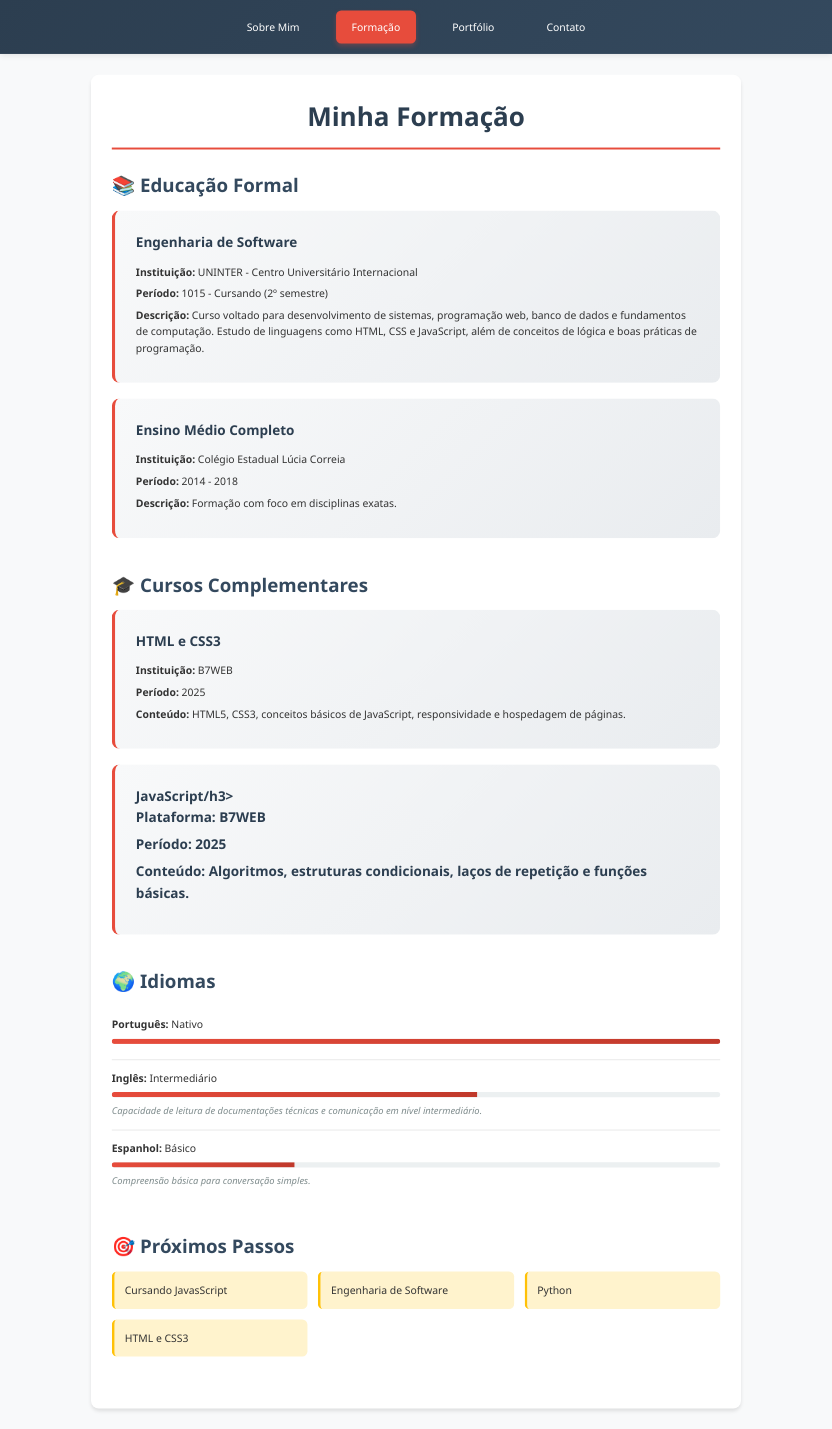
Repository: AnderHonorato/meu-portfolio
Page: formacao.html
An editor plug-in stored every save of this project. The page is shown before and after the next save, followed by the edit.
The browser window is 1280 px wide. The pictures show the whole page, at 65% of full size.

Above is the page before, as saved 2025-08-26 20:14:24.

### formacao.html
<!DOCTYPE html>
<html lang="pt-br">
<head>
    <meta charset="UTF-8">
    <meta name="viewport" content="width=device-width, initial-scale=1.0">
    <title>Formação - Ander</title>
    <link rel="stylesheet" href="css/style.css">
</head>
<body>
    <!-- MENU DE NAVEGAÇÃO PADRÃO -->
    <nav class="menu">
        <ul>
            <li><a href="index.html">Sobre Mim</a></li>
            <li><a href="formacao.html" class="ativo">Formação</a></li>
            <li><a href="portfolio.html">Portfólio</a></li>
            <li><a href="contato.html">Contato</a></li>
        </ul>
    </nav>

    <!-- CONTEÚDO DA PÁGINA DE FORMAÇÃO -->
    <main class="conteudo">
        <h1>Minha Formação</h1>

        <!-- EDUCAÇÃO FORMAL -->
        <div class="formacao-secao">
            <h2>📚 Educação Formal</h2>

            <div class="item-formacao">
                <h3>Engenharia de Software</h3>
                <p><strong>Instituição:</strong> UNINTER - Centro Universitário Internacional</p>
                <p><strong>Período:</strong> 1015 - Cursando (2º semestre)</p>
                <p><strong>Descrição:</strong> Curso voltado para desenvolvimento de sistemas, programação web, banco de dados e fundamentos de computação. Estudo de linguagens como HTML, CSS e JavaScript, além de conceitos de lógica e boas práticas de programação.</p>
            </div>

            <div class="item-formacao">
                <h3>Ensino Médio Completo</h3>
                <p><strong>Instituição:</strong> Colégio Estadual Lúcia Correia</p>
                <p><strong>Período:</strong> 2014 - 2018</p>
                <p><strong>Descrição:</strong> Formação com foco em disciplinas exatas.</p>
            </div>
        </div>

        <!-- CURSOS COMPLEMENTARES -->
        <div class="formacao-secao">
            <h2>🎓 Cursos Complementares</h2>

            <div class="item-formacao">
                <h3>HTML e CSS3</h3>
                <p><strong>Instituição:</strong> B7WEB</p>
                <p><strong>Período:</strong> 2025</p>
                <p><strong>Conteúdo:</strong> HTML5, CSS3, conceitos básicos de JavaScript, responsividade e hospedagem de páginas.</p>
            </div>

            <div class="item-formacao">
                <h3>JavaScript/h3>
                <p><strong>Plataforma:</strong> B7WEB</p>
                <p><strong>Período:</strong> 2025</p>
                <p><strong>Conteúdo:</strong> Algoritmos, estruturas condicionais, laços de repetição e funções básicas.</p>
            </div>
        </div>

        <!-- IDIOMAS -->
        <div class="formacao-secao">
            <h2>🌍 Idiomas</h2>

            <ul class="lista-idiomas">
                <li>
                    <strong>Português:</strong> Nativo
                    <div class="nivel-idioma">
                        <div class="barra-progresso">
                            <div class="progresso" style="width: 100%"></div>
                        </div>
                    </div>
                </li>

                <li>
                    <strong>Inglês:</strong> Intermediário
                    <div class="nivel-idioma">
                        <div class="barra-progresso">
                            <div class="progresso" style="width: 60%"></div>
                        </div>
                        <span class="descricao-nivel">Capacidade de leitura de documentações técnicas e comunicação em nível intermediário.</span>
                    </div>
                </li>

                <li>
                    <strong>Espanhol:</strong> Básico
                    <div class="nivel-idioma">
                        <div class="barra-progresso">
                            <div class="progresso" style="width: 30%"></div>
                        </div>
                        <span class="descricao-nivel">Compreensão básica para conversação simples.</span>
                    </div>
                </li>
            </ul>
        </div>

        <!-- PRÓXIMOS PASSOS -->
        <div class="formacao-secao">
            <h2>🎯 Próximos Passos</h2>
            <div class="proximos-estudos">
                <ul>
                    <li>Cursando JavasScript</li>
                    <li>Engenharia de Software</li>
                    <li>Python</li>
                    <li>HTML e CSS3</li>
                </ul>
            </div>
        </div>
    </main>
</body>
</html>

### css/style.css
/* Reset básico e configurações globais */
* {
    margin: 0;
    padding: 0;
    box-sizing: border-box;
}

/* Configurações do corpo da página */
body {
    font-family: 'Segoe UI', Tahoma, Geneva, Verdana, sans-serif;
    line-height: 1.6;
    color: #333;
    background-color: #f8f9fa;
}

/* Menu de navegação - SEMPRE VISÍVEL */
.menu {
    background: linear-gradient(135deg, #2c3e50, #34495e);
    padding: 1rem 0;
    position: sticky; /* Menu fica fixo no topo ao rolar */
    top: 0;
    z-index: 1000; /* Garante que fica por cima de outros elementos */
    box-shadow: 0 2px 10px rgba(0,0,0,0.1);
}

.menu ul {
    list-style: none;
    display: flex;
    justify-content: center;
    gap: 2rem;
    max-width: 1200px;
    margin: 0 auto;
    padding: 0 1rem;
}

.menu a {
    color: white;
    text-decoration: none;
    padding: 0.8rem 1.5rem;
    border-radius: 8px;
    transition: all 0.3s ease;
    display: block;
    font-weight: 500;
}

.menu a:hover {
    background-color: rgba(255, 255, 255, 0.1);
    transform: translateY(-2px);
}

.menu a.ativo {
    background-color: #e74c3c;
    box-shadow: 0 4px 8px rgba(231, 76, 60, 0.3);
}

/* Conteúdo principal */
.conteudo {
    max-width: 1000px;
    margin: 2rem auto;
    padding: 0 1rem;
    background-color: white;
    border-radius: 12px;
    box-shadow: 0 4px 6px rgba(0,0,0,0.1);
    padding: 2rem;
}

.conteudo h1 {
    color: #2c3e50;
    margin-bottom: 1.5rem;
    text-align: center;
    font-size: 2.5rem;
    border-bottom: 3px solid #e74c3c;
    padding-bottom: 1rem;
}

.conteudo h2 {
    color: #34495e;
    margin: 2rem 0 1rem 0;
    font-size: 1.8rem;
}

/* === ESTILOS PÁGINA SOBRE MIM === */
.sobre-container {
    display: grid;
    grid-template-columns: 250px 1fr;
    gap: 2rem;
    margin-top: 2rem;
}

.foto-perfil {
    text-align: center;
}

.placeholder-foto {
    width: 200px;
    height: 200px;
    border-radius: 50%;
    background: linear-gradient(135deg, #e74c3c, #c0392b);
    display: flex;
    align-items: center;
    justify-content: center;
    color: white;
    font-weight: bold;
    margin: 0 auto;
    box-shadow: 0 8px 16px rgba(231, 76, 60, 0.3);
}

.foto-perfil img {
    width: 200px;
    height: 200px;
    border-radius: 50%;
    object-fit: cover;
    box-shadow: 0 8px 16px rgba(0,0,0,0.2);
}

.texto-sobre {
    flex: 1;
}

.texto-sobre p {
    margin-bottom: 1rem;
    text-align: justify;
    font-size: 1.1rem;
}

.lista-hobbies {
    list-style: none;
    margin: 1rem 0;
}

.lista-hobbies li {
    padding: 0.5rem 0;
    font-size: 1.1rem;
    border-bottom: 1px solid #eee;
    transition: all 0.3s ease;
}

.lista-hobbies li:hover {
    background-color: #f8f9fa;
    padding-left: 1rem;
    border-left: 4px solid #e74c3c;
}

.info-adicional {
    margin-top: 3rem;
    padding: 2rem;
    background: linear-gradient(135deg, #ecf0f1, #bdc3c7);
    border-radius: 12px;
}

/* === ESTILOS PÁGINA FORMAÇÃO === */
.formacao-secao {
    margin-bottom: 3rem;
}

.item-formacao {
    background: linear-gradient(135deg, #f8f9fa, #e9ecef);
    padding: 2rem;
    border-radius: 12px;
    margin-bottom: 1.5rem;
    border-left: 5px solid #e74c3c;
    transition: transform 0.3s ease;
}

.item-formacao:hover {
    transform: translateY(-5px);
    box-shadow: 0 8px 16px rgba(0,0,0,0.1);
}

.item-formacao h3 {
    color: #2c3e50;
    margin-bottom: 1rem;
    font-size: 1.3rem;
}

.item-formacao p {
    margin-bottom: 0.5rem;
}

.lista-idiomas {
    list-style: none;
}

.lista-idiomas li {
    padding: 1rem 0;
    border-bottom: 1px solid #ddd;
}

.lista-idiomas li:last-child {
    border-bottom: none;
}

.nivel-idioma {
    margin-top: 0.5rem;
}

.barra-progresso {
    width: 100%;
    height: 8px;
    background-color: #ecf0f1;
    border-radius: 4px;
    overflow: hidden;
    margin: 0.5rem 0;
}

.progresso {
    height: 100%;
    background: linear-gradient(90deg, #e74c3c, #c0392b);
    transition: width 0.3s ease;
}

.descricao-nivel {
    font-size: 0.9rem;
    color: #7f8c8d;
    font-style: italic;
}

.proximos-estudos ul {
    list-style: none;
    display: grid;
    grid-template-columns: repeat(auto-fit, minmax(250px, 1fr));
    gap: 1rem;
}

.proximos-estudos li {
    background-color: #fff3cd;
    padding: 1rem;
    border-radius: 8px;
    border-left: 4px solid #ffc107;
    font-weight: 500;
}

/* === ESTILOS PÁGINA PORTFÓLIO === */
.intro-portfolio {
    text-align: center;
    font-size: 1.2rem;
    margin-bottom: 2rem;
    padding: 1rem;
    background-color: #f8f9fa;
    border-radius: 8px;
    border-left: 4px solid #e74c3c;
}

.projetos-grid {
    display: grid;
    grid-template-columns: repeat(auto-fit, minmax(350px, 1fr));
    gap: 2rem;
    margin-bottom: 3rem;
}

.projeto-item {
    background: linear-gradient(135deg, #ffffff, #f8f9fa);
    padding: 2rem;
    border-radius: 12px;
    box-shadow: 0 4px 8px rgba(0,0,0,0.1);
    transition: all 0.3s ease;
    border-top: 4px solid #e74c3c;
}

.projeto-item:hover {
    transform: translateY(-8px);
    box-shadow: 0 12px 24px rgba(0,0,0,0.15);
}

.projeto-item h3 {
    color: #2c3e50;
    margin-bottom: 1rem;
    font-size: 1.4rem;
}

.tags-projeto {
    margin-bottom: 1rem;
}

.tag {
    display: inline-block;
    background: linear-gradient(135deg, #e74c3c, #c0392b);
    color: white;
    padding: 0.3rem 0.8rem;
    border-radius: 20px;
    font-size: 0.8rem;
    margin-right: 0.5rem;
    font-weight: 500;
}

.projeto-detalhes {
    margin: 1rem 0;
    padding: 1rem;
    background-color: #f8f9fa;
    border-radius: 8px;
}

.projeto-detalhes p {
    margin-bottom: 0.5rem;
    font-size: 0.9rem;
}

.btn-projeto {
    display: inline-block;
    background: linear-gradient(135deg, #3498db, #2980b9);
    color: white;
    padding: 0.8rem 1.5rem;
    text-decoration: none;
    border-radius: 8px;
    transition: all 0.3s ease;
    font-weight: 500;
}

.btn-projeto:hover {
    transform: translateY(-2px);
    box-shadow: 0 4px 8px rgba(52, 152, 219, 0.3);
}

/* Habilidades técnicas */
.habilidades-secao {
    margin-top: 3rem;
    padding: 2rem;
    background: linear-gradient(135deg, #ecf0f1, #bdc3c7);
    border-radius: 12px;
}

.habilidades-grid {
    display: grid;
    grid-template-columns: repeat(auto-fit, minmax(250px, 1fr));
    gap: 1.5rem;
    margin-top: 1rem;
}

.habilidade-item {
    background-color: white;
    padding: 1.5rem;
    border-radius: 8px;
    box-shadow: 0 2px 4px rgba(0,0,0,0.1);
}

.habilidade-item h4 {
    color: #2c3e50;
    margin-bottom: 1rem;
    font-size: 1.1rem;
}

.nivel-habilidade {
    display: flex;
    align-items: center;
    gap: 1rem;
}

.barra-habilidade {
    flex: 1;
    height: 8px;
    background-color: #ecf0f1;
    border-radius: 4px;
    overflow: hidden;
}

.progresso-habilidade {
    height: 100%;
    background: linear-gradient(90deg, #27ae60, #2ecc71);
    transition: width 0.3s ease;
}

.estudos-atuais {
    margin-top: 2rem;
    padding: 2rem;
    background-color: #e8f5e8;
    border-radius: 12px;
    border-left: 5px solid #27ae60;
}

.lista-estudos {
    list-style: none;
    display: grid;
    grid-template-columns: repeat(auto-fit, minmax(300px, 1fr));
    gap: 1rem;
}

.lista-estudos li {
    padding: 1rem;
    background-color: white;
    border-radius: 8px;
    box-shadow: 0 2px 4px rgba(0,0,0,0.1);
    transition: transform 0.3s ease;
}

.lista-estudos li:hover {
    transform: translateX(10px);
}

/* === ESTILOS PÁGINA CONTATO === */
.intro-contato {
    text-align: center;
    font-size: 1.2rem;
    margin-bottom: 2rem;
    padding: 1rem;
    background: linear-gradient(135deg, #d4edda, #c3e6cb);
    border-radius: 8px;
    border-left: 4px solid #28a745;
}

.contato-container {
    display: grid;
    grid-template-columns: 2fr 1fr;
    gap: 3rem;
    margin-top: 2rem;
}

.formulario-contato {
    background-color: #f8f9fa;
    padding: 2rem;
    border-radius: 12px;
    box-shadow: 0 4px 8px rgba(0,0,0,0.1);
}

.formulario-contato h2 {
    color: #2c3e50;
    margin-bottom: 1.5rem;
    text-align: center;
}

.form-contato {
    display: flex;
    flex-direction: column;
    gap: 1.5rem;
}

.campo {
    display: flex;
    flex-direction: column;
}

.campo.checkbox {
    flex-direction: row;
    align-items: center;
    gap: 0.5rem;
}

.campo.checkbox input {
    width: auto;
}

.campo label {
    margin-bottom: 0.5rem;
    font-weight: 600;
    color: #2c3e50;
}

.campo input,
.campo textarea,
.campo select {
    padding: 0.8rem;
    border: 2px solid #ddd;
    border-radius: 8px;
    font-size: 1rem;
    transition: border-color 0.3s ease;
    font-family: inherit;
}

.campo input:focus,
.campo textarea:focus,
.campo select:focus {
    outline: none;
    border-color: #e74c3c;
    box-shadow: 0 0 0 3px rgba(231, 76, 60, 0.1);
}

.btn-enviar {
    background: linear-gradient(135deg, #e74c3c, #c0392b);
    color: white;
    padding: 1rem 2rem;
    border: none;
    border-radius: 8px;
    cursor: pointer;
    font-size: 1.1rem;
    font-weight: 600;
    transition: all 0.3s ease;
}

.btn-enviar:hover {
    transform: translateY(-2px);
    box-shadow: 0 4px 8px rgba(231, 76, 60, 0.3);
}

.mensagem-retorno {
    margin-top: 1rem;
    padding: 1rem;
    background-color: #d4edda;
    border: 1px solid #c3e6cb;
    border-radius: 8px;
    color: #155724;
    text-align: center;
    font-weight: 500;
}

/* Informações de contato */
.info-contato {
    background-color: white;
    padding: 2rem;
    border-radius: 12px;
    box-shadow: 0 4px 8px rgba(0,0,0,0.1);
    height: fit-content;
}

.info-contato h2 {
    color: #2c3e50;
    margin-bottom: 1.5rem;
    text-align: center;
}

.contato-item {
    margin-bottom: 2rem;
    padding: 1rem;
    background-color: #f8f9fa;
    border-radius: 8px;
    border-left: 4px solid #3498db;
}

.contato-item h3 {
    color: #2c3e50;
    margin-bottom: 0.5rem;
    font-size: 1.1rem;
}

.contato-item p {
    font-weight: 600;
    color: #34495e;
    margin-bottom: 0.3rem;
}

.contato-item small {
    color: #7f8c8d;
    font-style: italic;
}

.disponibilidade {
    padding: 1rem;
    background: linear-gradient(135deg, #fff3cd, #ffeaa7);
    border-radius: 8px;
    border-left: 4px solid #ffc107;
}

.disponibilidade h3 {
    color: #2c3e50;
    margin-bottom: 1rem;
}

.disponibilidade ul {
    list-style: none;
}

.disponibilidade li {
    padding: 0.3rem 0;
    color: #856404;
}

/* Dicas de contato */
.dicas-contato {
    margin-top: 3rem;
    padding: 2rem;
    background: linear-gradient(135deg, #e8f4fd, #d1ecf1);
    border-radius: 12px;
}

.dicas-grid {
    display: grid;
    grid-template-columns: repeat(auto-fit, minmax(250px, 1fr));
    gap: 1.5rem;
    margin-top: 1rem;
}

.dica-item {
    background-color: white;
    padding: 1.5rem;
    border-radius: 8px;
    box-shadow: 0 2px 4px rgba(0,0,0,0.1);
    transition: transform 0.3s ease;
}

.dica-item:hover {
    transform: translateY(-5px);
}

.dica-item h4 {
    color: #2c3e50;
    margin-bottom: 1rem;
}

.dica-item p {
    color: #34495e;
    font-size: 0.9rem;
}

/* === RESPONSIVIDADE === */
@media (max-width: 768px) {
    /* Menu responsivo */
    .menu ul {
        flex-wrap: wrap;
        gap: 0.5rem;
        justify-content: center;
    }

    .menu a {
        padding: 0.6rem 1rem;
        font-size: 0.9rem;
    }

    /* Conteúdo */
    .conteudo {
        margin: 1rem;
        padding: 1.5rem;
    }

    .conteudo h1 {
        font-size: 2rem;
    }

    /* Sobre mim responsivo */
    .sobre-container {
        grid-template-columns: 1fr;
        text-align: center;
        gap: 1.5rem;
    }

    /* Formação responsiva */
    .item-formacao {
        padding: 1.5rem;
    }

    /* Portfólio responsivo */
    .projetos-grid {
        grid-template-columns: 1fr;
        gap: 1.5rem;
    }

    .habilidades-grid {
        grid-template-columns: 1fr;
    }

    /* Contato responsivo */
    .contato-container {
        grid-template-columns: 1fr;
        gap: 2rem;
    }

    .dicas-grid {
        grid-template-columns: 1fr;
    }
}

@media (max-width: 480px) {
    .conteudo {
        padding: 1rem;
    }

    .conteudo h1 {
        font-size: 1.8rem;
    }

    .menu ul {
        flex-direction: column;
        gap: 0.3rem;
    }

    .projeto-item,
    .item-formacao,
    .formulario-contato {
        padding: 1rem;
    }
}

/* Animações e efeitos especiais */
@keyframes slideInUp {
    from {
        opacity: 0;
        transform: translateY(30px);
    }
    to {
        opacity: 1;
        transform: translateY(0);
    }
}

.conteudo {
    animation: slideInUp 0.6s ease-out;
}

/* Scroll suave */
html {
    scroll-behavior: smooth;
}

After the next save:
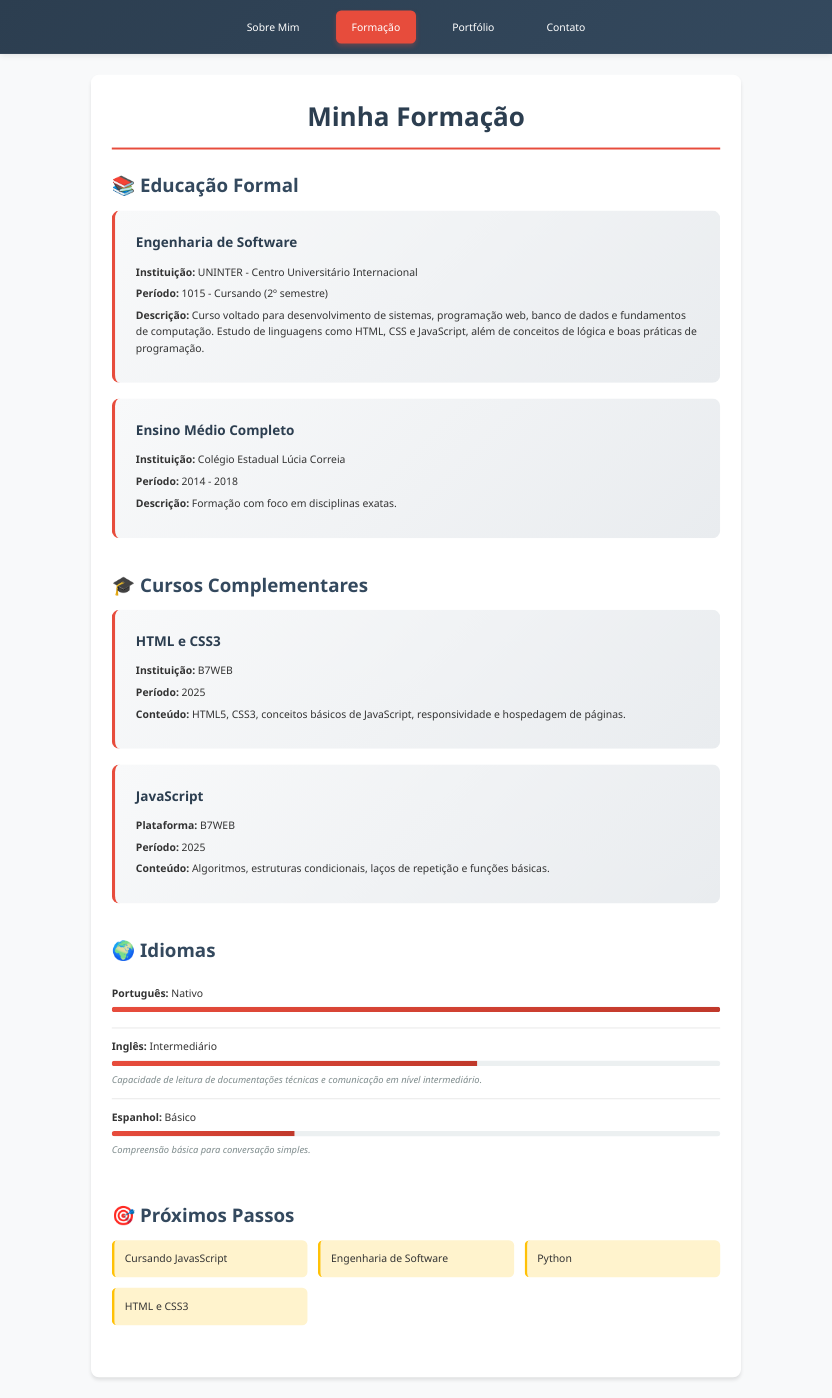
Saved 13 s later.
--- a/formacao.html
+++ b/formacao.html
@@ -52,7 +52,7 @@
             </div>
 
             <div class="item-formacao">
-                <h3>JavaScript/h3>
+                <h3>JavaScript</h3>
                 <p><strong>Plataforma:</strong> B7WEB</p>
                 <p><strong>Período:</strong> 2025</p>
                 <p><strong>Conteúdo:</strong> Algoritmos, estruturas condicionais, laços de repetição e funções básicas.</p>
